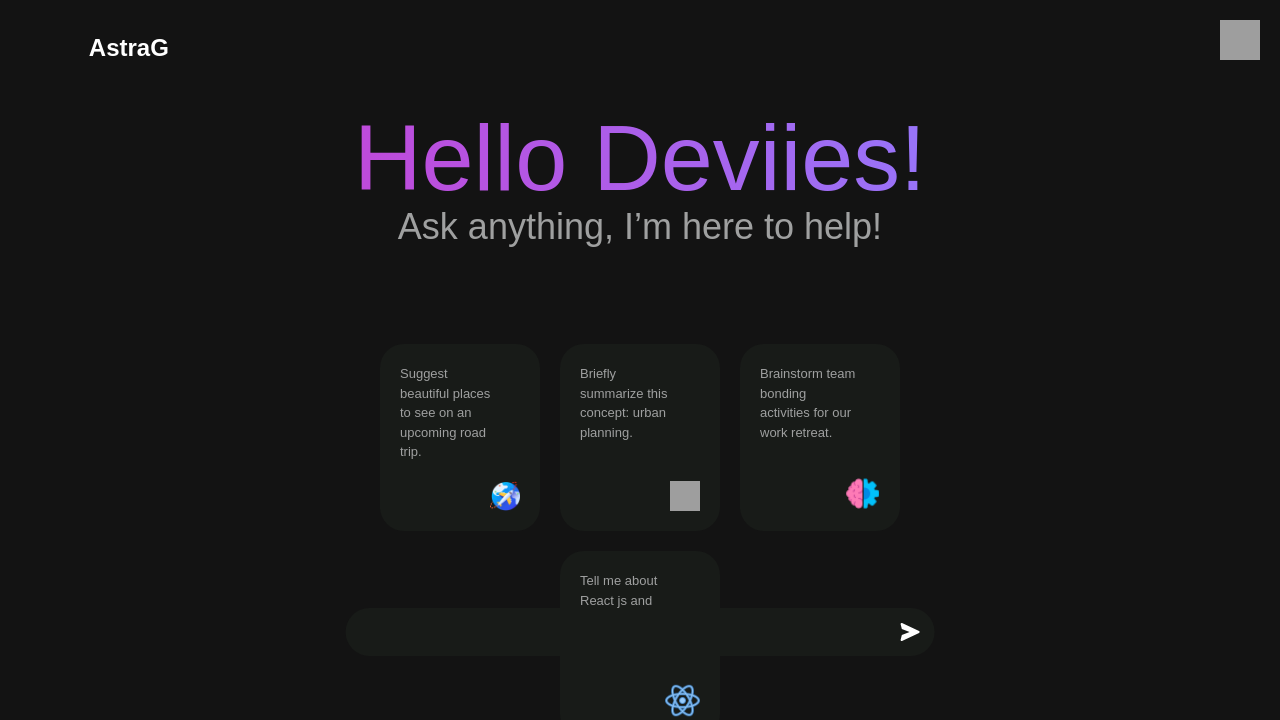
Repository: S-o-b-u/AstraGen1
Page: /
An editor plug-in stored every save of this project. The page is shown before and after the next save, followed by the edit.
The browser window is 1280 px wide. The pictures show the whole page.
Pictures or frames that could not be fetched are drawn as grey boxes. The project was rebuilt for these pictures with package versions that can differ from the ones it lists, and the page was loaded fresh each time. Also part of the build but not shown: vite.config.js, src/components/Loader/Loader.jsx, src/components/Sidebar/SIdebar.jsx.

Above is the page before, as saved 2024-11-14 01:33:40.

After the next save:
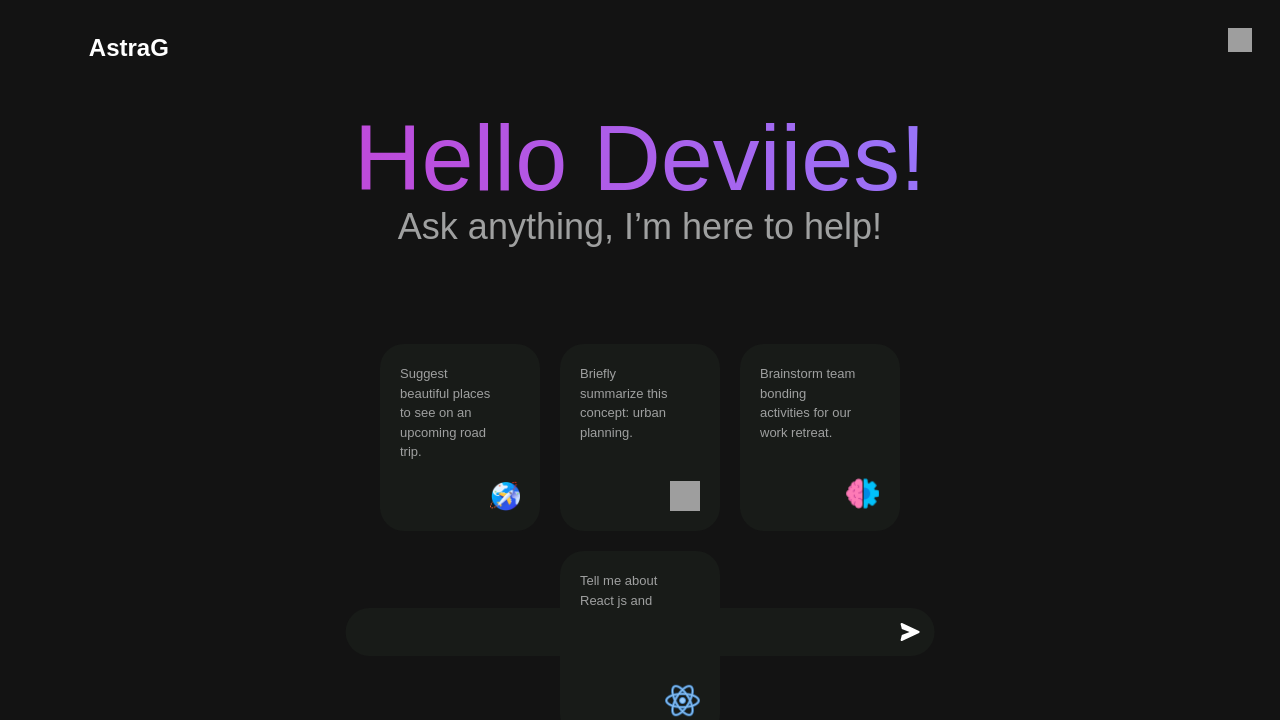
Saved 7 s later.
--- a/src/components/Main/Main.jsx
+++ b/src/components/Main/Main.jsx
@@ -34,7 +34,7 @@
             AstraG
           </h1>
           <img
-            className=" absolute right-5 w-[40px] h-[40px]"
+            className=" absolute right-5 w-[40px] p-2 h-[40px]"
             src=".\icons\cat.png"
             alt="user"
           />

After the 3 saves that followed:
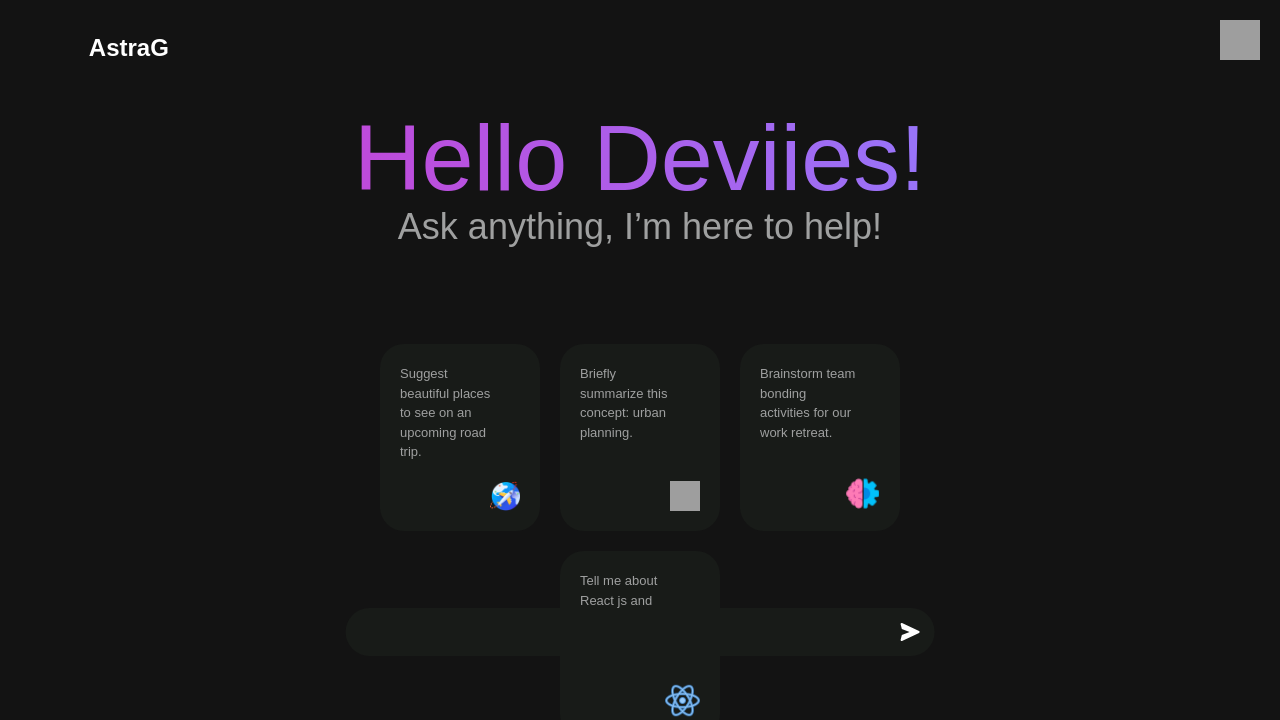
The 3 saves are shown as one change because they came seconds apart.
The last was saved 12 s later.
--- a/src/components/Main/Main.jsx
+++ b/src/components/Main/Main.jsx
@@ -34,7 +34,7 @@
             AstraG
           </h1>
           <img
-            className=" absolute right-5 w-[40px] p-2 h-[40px]"
+            className=" absolute right-5 w-[40px] h-[40px]"
             src=".\icons\cat.png"
             alt="user"
           />
